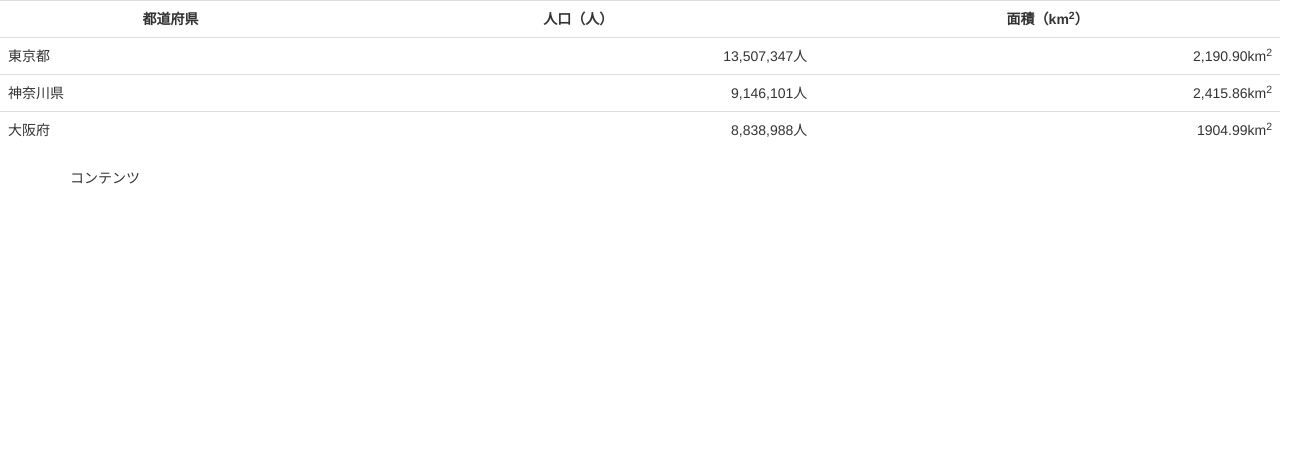
Repository: tsukasanakashima/kadai-tasklist2
Page: Bootstrap Template.html
The author's editor kept a record of every edit. The page is drawn from the files as they stood at one moment, then again after the next edit.
The browser window is 1280 px wide. The page is 1280 px wide, then 1295 px, so the pictures cover 1295 px, including what lies to the right of the window. The pictures show the whole page.

Above is the page before.

After the next edit:
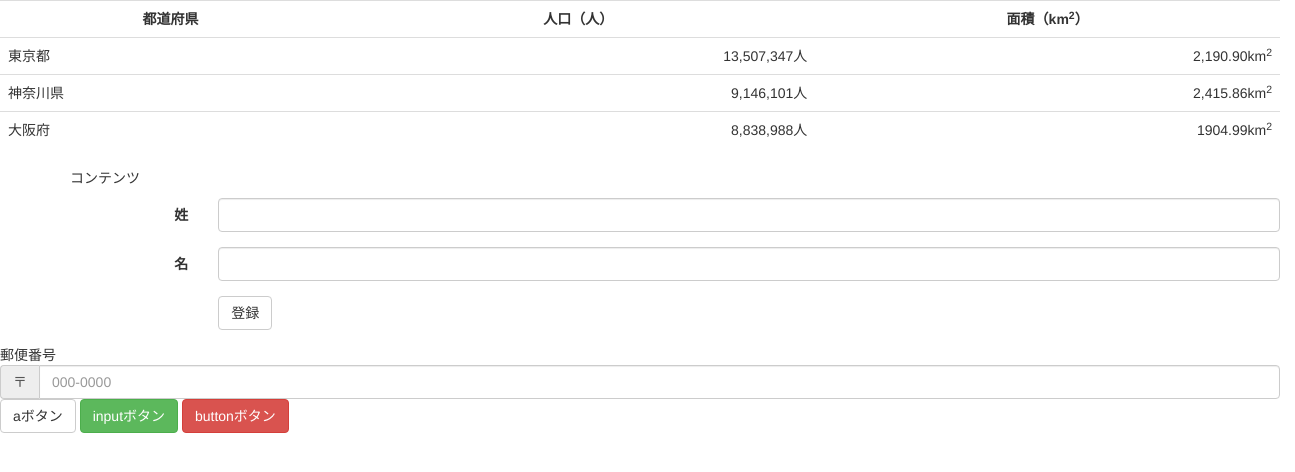
The edit:
--- a/Bootstrap Template.html
+++ b/Bootstrap Template.html
@@ -42,5 +42,45 @@
         <div class="container">
             <p>コンテンツ</p>
         </div>
+
+     <form class="form-horizontal">
+  <!-- "form-group" expresses a row -->
+  <div class="form-group">
+    <label class="col-xs-2 control-label">姓</label>
+    <div class="col-xs-10">
+      <input type="text" class="form-control" name="lastname">
+    </div>
+  </div>
+
+  <!-- row -->
+  <div class="form-group">
+    <label class="col-xs-2 control-label">名</label>
+    <div class="col-xs-10">
+      <input type="text" class="form-control" name="
+      firstname">
+    </div>
+  </div>
+
+  <!-- row -->
+  <div class="form-group">
+    <div class="col-xs-offset-2 col-sm-10">
+      <button type="submit" class="btn btn-default">登録</button>
+    </div>
+  </div>
+
+<form>
+  郵便番号
+  <div class="input-group">
+    <!-- left accessory -->
+    <span class="input-group-addon">〒</span>
+
+    <input type="text" class="form-control" placeholder="000-0000">
+  </div>
+</form>
+
+<a href="#" class="btn btn-default">aボタン</a>
+<input type="submit" class="btn btn-success" value="inputボタン">
+<button class="btn btn-danger" type="submit">buttonボタン</button>
+
     </body>
 </html>
